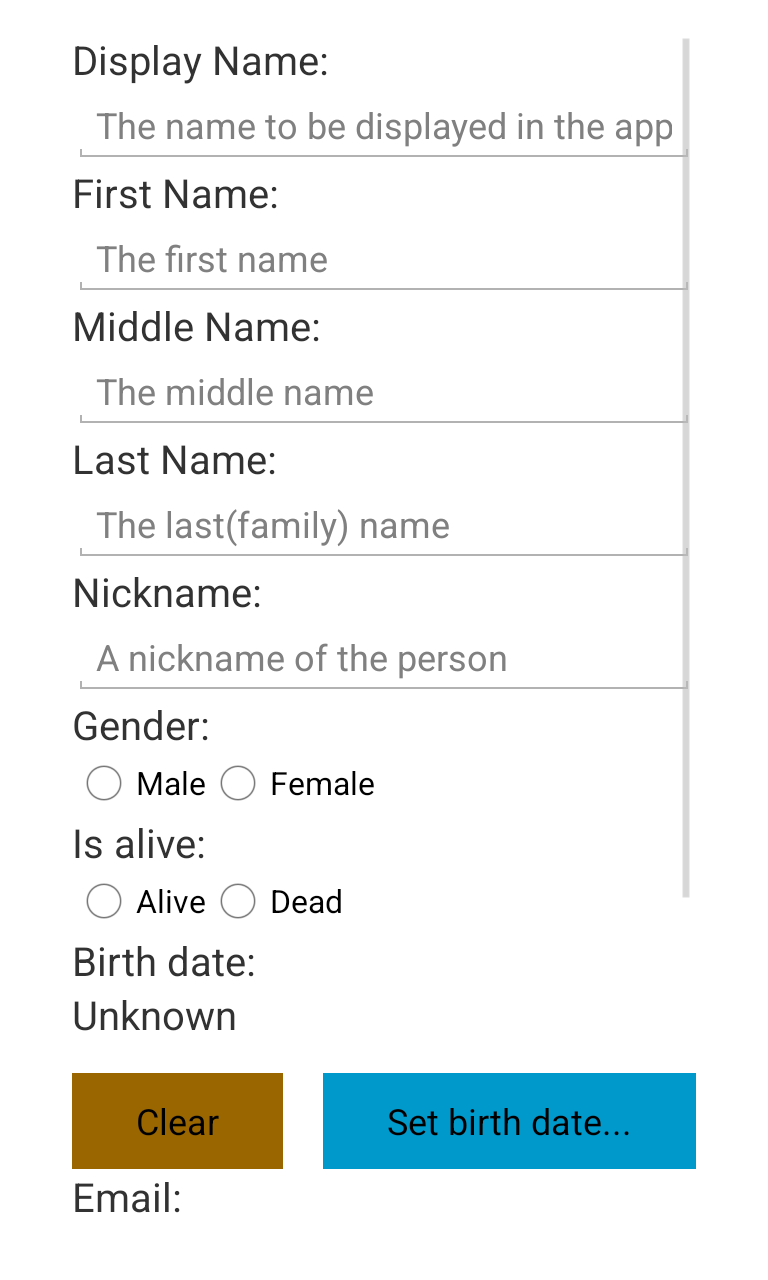
Repository: ivanbuhov/FamilyAndroidClient
Layout: Family/res/layout/activity_edit_person.xml
The author's editor kept a copy of each file at every save. The layout is drawn from the files as they stood at one save, then again after the next save.
It is drawn on a 768 x 1280 px phone screen (xhdpi) without system bars, with theme AppTheme; the app's code is not run.

Above is the layout before, as saved 2013-11-19 14:18:29.

After the next save:
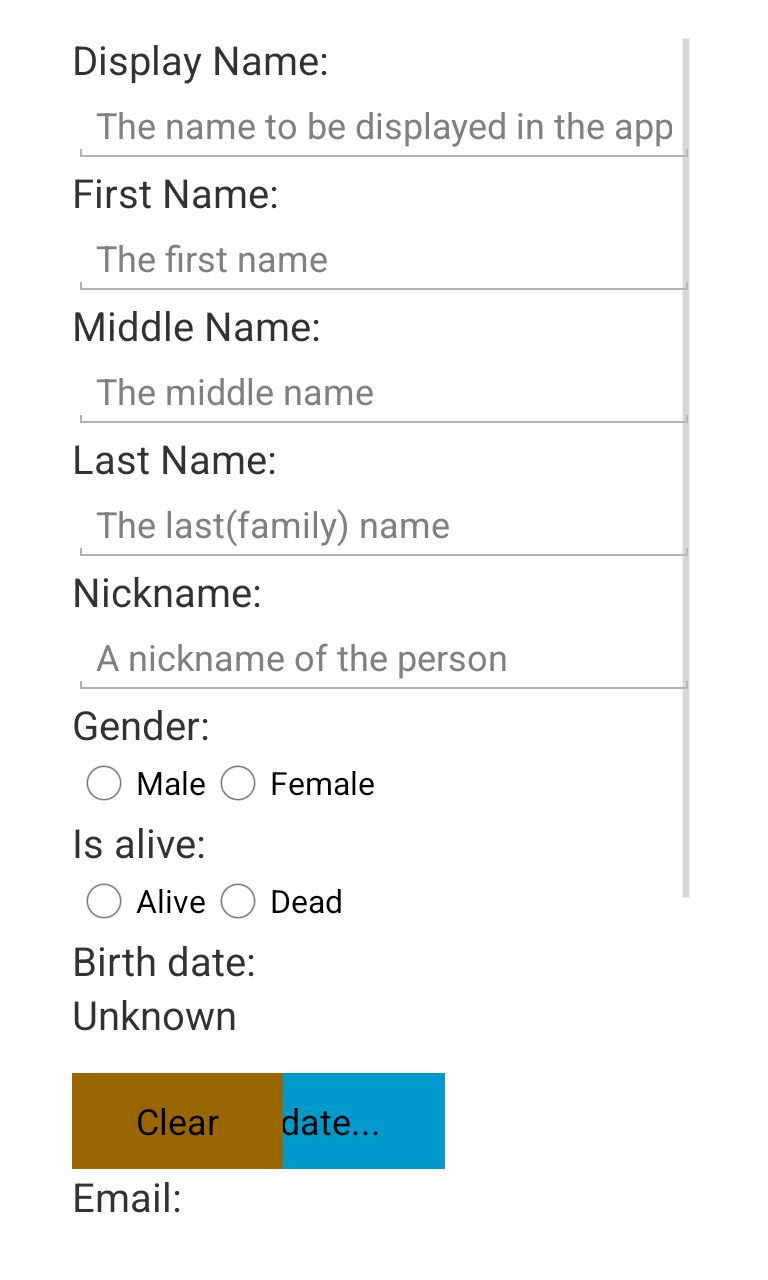
Saved 21 s later.
--- a/Family/res/layout/activity_edit_person.xml
+++ b/Family/res/layout/activity_edit_person.xml
@@ -180,8 +180,6 @@
 	                android:layout_marginTop="16dp"
 	                android:paddingLeft="32dp"
 	                android:paddingRight="32dp"
-	                android:layout_alignParentRight="true"
-        			android:layout_alignParentTop="true"
         			android:background="#ff0099cc"
 	                android:text="@string/set_birth_date" />
 
@@ -193,8 +191,6 @@
 	                android:layout_marginTop="16dp"
 	                android:paddingLeft="32dp"
 	                android:paddingRight="32dp"
-	                android:layout_alignParentLeft="true"
-        			android:layout_alignParentTop="true"
         			android:background="#ff996600"
 	                android:text="@string/clear" />
 
